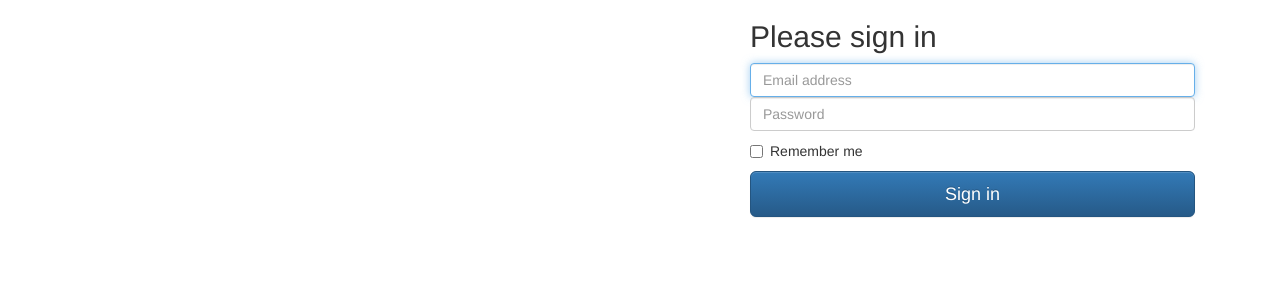
Repository: hrhwbp/Acorn-Final-Project
Page: http://localhost/final_project/index.jsp
These files come from the project's save history. The page is drawn as it stood at one moment and after the next save; the edit follows.
The browser window is 1280 px wide. The pictures show the whole page.
Some web libraries are served in a nearby version. The page is served by Tomcat 9. Other server files are loaded and not shown.

Above is the page before, as saved 2016-10-25 08:01:14.

### final_project/src/main/webapp/index.jsp
<%@ page language="java" contentType="text/html; charset=UTF-8"
	pageEncoding="UTF-8"%>
<!DOCTYPE html">
<html>
<head>
<meta http-equiv="Content-Type" content="text/html; charset=UTF-8">
<title>Insert title here</title>
<!-- 합쳐지고 최소화된 최신 CSS -->
<link rel="stylesheet"
	href="https://maxcdn.bootstrapcdn.com/bootstrap/3.3.2/css/bootstrap.min.css">
<!-- 부가적인 테마 -->
<link rel="stylesheet"
	href="https://maxcdn.bootstrapcdn.com/bootstrap/3.3.2/css/bootstrap-theme.min.css">
<!-- 합쳐지고 최소화된 최신 자바스크립트 -->
<script
	src="https://ajax.googleapis.com/ajax/libs/jquery/3.1.1/jquery.min.js"></script>
<script
	src="https://maxcdn.bootstrapcdn.com/bootstrap/3.3.2/js/bootstrap.min.js"></script>
<script src="https://oss.maxcdn.com/html5shiv/3.7.2/html5shiv.min.js"></script>
<script src="https://oss.maxcdn.com/respond/1.4.2/respond.min.js"></script>
</head>
<body>
<div class="container">
	<div class="container col-md-5 col-md-offset-2">

	</div>
	<div class="container col-md-5">
		<form class="form-signin">
			<h2 class="form-signin-heading">Please sign in</h2>
			<label for="inputEmail" class="sr-only">Email address</label> <input
				type="email" id="inputEmail" class="form-control"
				placeholder="Email address" required autofocus> <label
				for="inputPassword" class="sr-only">Password</label> <input
				type="password" id="inputPassword" class="form-control"
				placeholder="Password" required>
			<div class="checkbox">
				<label> <input type="checkbox" value="remember-me">
					Remember me
				</label>
			</div>
			<button class="btn btn-lg btn-primary btn-block" type="submit">Sign
				in</button>
		</form>

	</div>
</div>
</body>
</html>

After the next save:
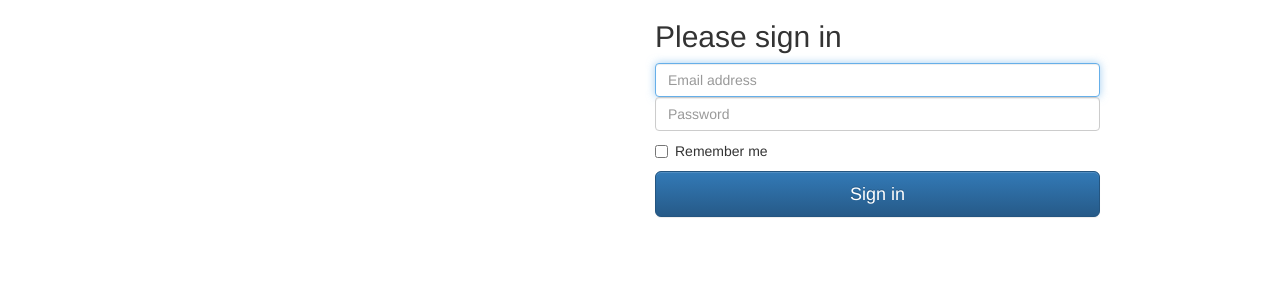
Saved 15 s later.
--- a/final_project/src/main/webapp/index.jsp
+++ b/final_project/src/main/webapp/index.jsp
@@ -21,7 +21,7 @@
 </head>
 <body>
 <div class="container">
-	<div class="container col-md-5 col-md-offset-2">
+	<div class="container col-md-5 col-md-offset-1">
 
 	</div>
 	<div class="container col-md-5">
